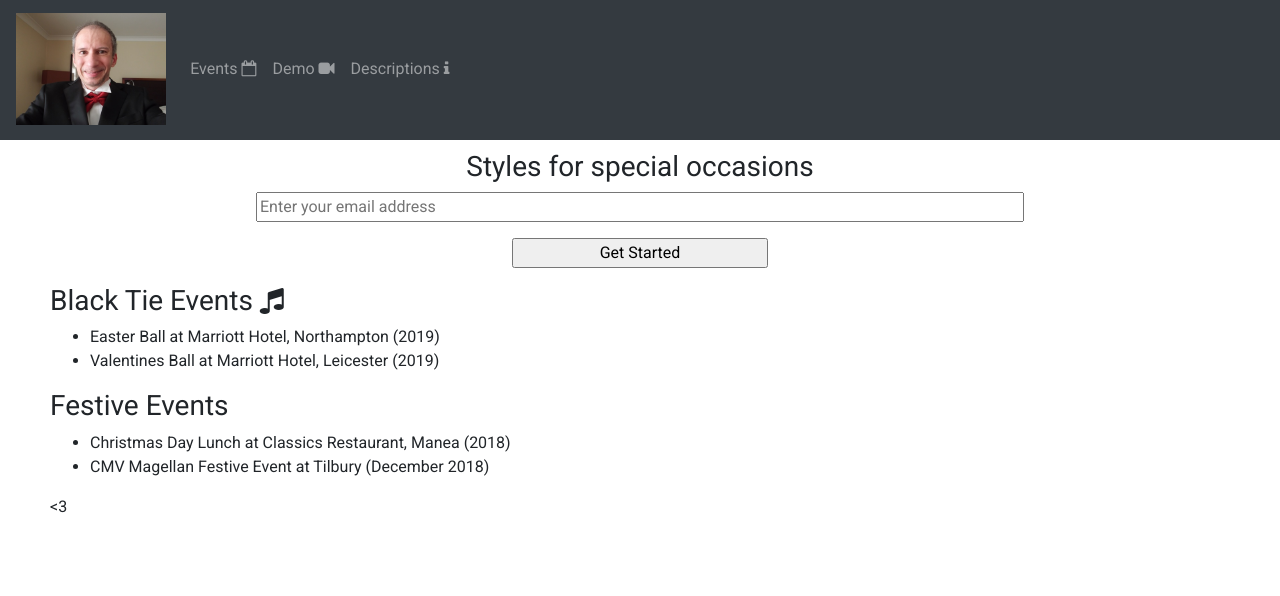
Repository: derektypist/product-landing-page
Page: index.html
The author's editor kept a record of every edit. The page is drawn from the files as they stood at one moment, then again after the next edit.
The browser window is 1280 px wide. The pictures show the whole page.

Above is the page before.
Console error (its wording comes from the project's code and is left out).

### index.html
<!DOCTYPE html>
<html lang="en">

<head>
    <meta charset="UTF-8">
    <meta name="viewport" content="width=device-width, initial-scale=1.0">
    <meta http-equiv="X-UA-Compatible" content="ie=edge">
    <title>Product Landing Page</title>
    <!-- Load Style Sheets -->
    <link rel="stylesheet" href="https://maxcdn.bootstrapcdn.com/bootstrap/4.4.1/css/bootstrap.min.css" integrity="sha384-Vkoo8x4CGsO3+Hhxv8T/Q5PaXtkKtu6ug5TOeNV6gBiFeWPGFN9MuhOf23Q9Ifjh" crossorigin="anonymous">
    <link rel="stylesheet" href="https://maxcdn.bootstrapcdn.com/font-awesome/4.7.0/css/font-awesome.min.css" type="text/css" />
    <link href="https://fonts.googleapis.com/css?family=Roboto&display=swap" rel="stylesheet">
    <style>
        /* Header and Navigation */

        #header {
            font-family: "Roboto", Arial, Verdana, sans-serif;
        }

        #header-img {
            max-height: 112px;
        }

        #nav-bar {
            padding-bottom: 10px;
        }

        /* Form */

        #form {
            padding-top: 150px;
            font-family: "Roboto", Arial, Verdana, sans-serif;
            text-align: center;
            width: 100%;
            display: block;
            margin: auto;
        }

        input {
            width: 60%;
        }

        input[type=submit] {
            width: 20%;
        }

        /* Events */

        #events {
            font-family: "Roboto", Arial, Verdana, sans-serif;
            margin-left: 50px;
        }
    </style>
</head>

<body>
    <!-- Set Up Header -->
    <header id="header">
        <!-- Set Up Navigation with Image -->
        <nav class="navbar navbar-expand navbar-dark bg-dark fixed-top" id="nav-bar">
            <a class="navbar-brand" href="index.html"><img src="derek.JPG" title="Derek Dhammaloka" alt="Derek Dhammaloka" id="header-img"></a>
            <button class="navbar-toggler" type="button" data-toggle="collapse" data-target="navbarSupportedContent" aria-controls="navbarSupportedContent" aria-expanded="false" aria-label="Toggle navigation">
    <span class="navbar-toggler-icon"></span>
  </button>
            <div class="collapse navbar-collapse" id="navbarSupportedContent">
                <ul class="navbar-nav mr-auto">
                    <li class="nav-item">
                        <a class="nav-link" href="#events">Events <i class="fa fa-calendar-o" aria-hidden="true"></i></a>
                    </li>
                    <li class="nav-item">
                        <a class="nav-link" href="#demo">Demo <i class="fa fa-video-camera" aria-hidden="true"></i></a>
                    </li>
                    <li class="nav-item">
                        <a class="nav-link" href="#descriptions">Descriptions <i class="fa fa-info" aria-hidden="true"></i></a>
                    </li>
                </ul>
        </nav>
    </header>

    <!-- Set Up Main Content -->
    <main>
        <!-- Set Up Form -->
        <form id="form">
            <h3>Styles for special occasions</h3>
            <!-- Set Up Email Field -->
            <input type="email" id="email" name="email" placeholder="Enter your email address">
            <p></p>
            <!-- Set Up Submit Button -->
            <input type="submit" id="submit" value="Get Started" onclick="https://www.freecodecamp.com/email-submit">
        </form>

        <!-- Provide Section for Events -->
        <section id="events">
            <!-- Provide Article for Black Tie Events -->
            <article>
                <p></p>
                <h3>Black Tie Events <i class="fa fa-music" aria-hidden="true"></i></h3>
                <!-- Provide List Items -->
                <ul>
                    <li>Easter Ball at Marriott Hotel, Northampton (2019)</li>
                    <li>Valentines Ball at Marriott Hotel, Leicester (2019)</li>
                </ul>
            </article>

            <!-- Provide Article for Festive Events -->
            <article>
                <p></p>
                <h3>Festive Events</h3>
                <!-- Provide List Items -->
                <ul>
                    <li>Christmas Day Lunch at Classics Restaurant, Manea (2018)</li>
                    <li>CMV Magellan Festive Event at Tilbury (December 2018)</li>
                </ul>
            </article>

            <!-- Provide Article for Horse Racing Events -->
            <article>
                <p></p>
                <3
            </article>
        </section>

        <section id="demo"></section>
        <section id="descriptions"></section>
    </main>
</body>

</html>

After the next edit:
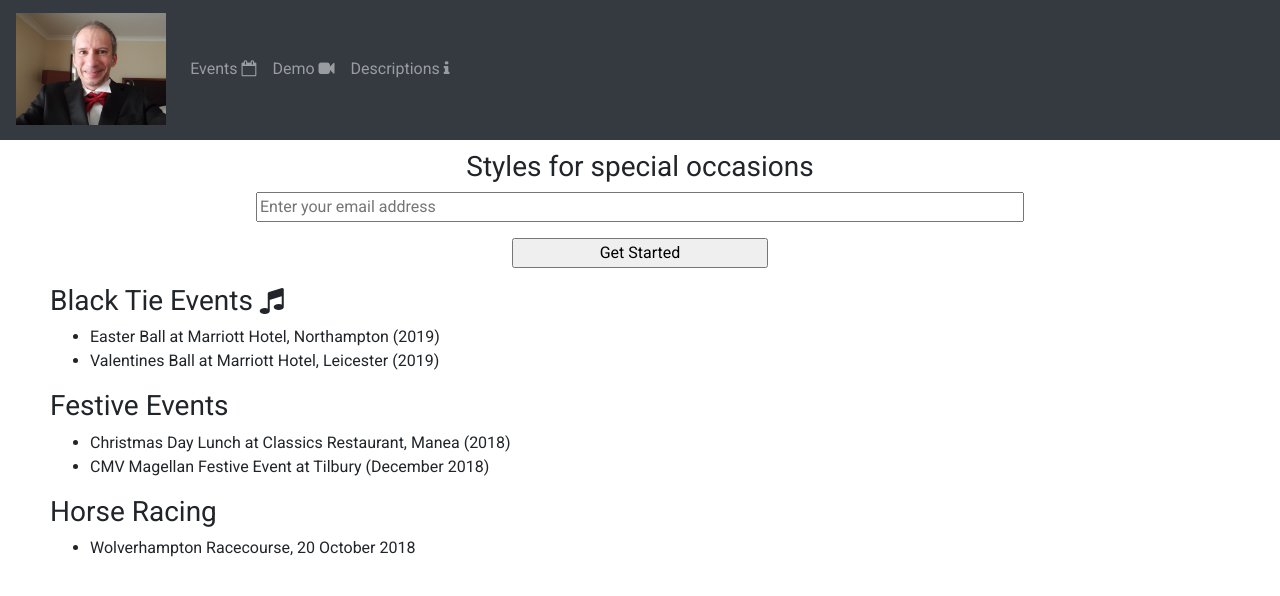
The edit:
--- a/index.html
+++ b/index.html
@@ -116,7 +116,11 @@
             <!-- Provide Article for Horse Racing Events -->
             <article>
                 <p></p>
-                <3
+                <h3>Horse Racing</h3>
+                <!-- Provide List Items -->
+                <ul>
+                    <li>Wolverhampton Racecourse, 20 October 2018</li>
+                </ul>
             </article>
         </section>
 
